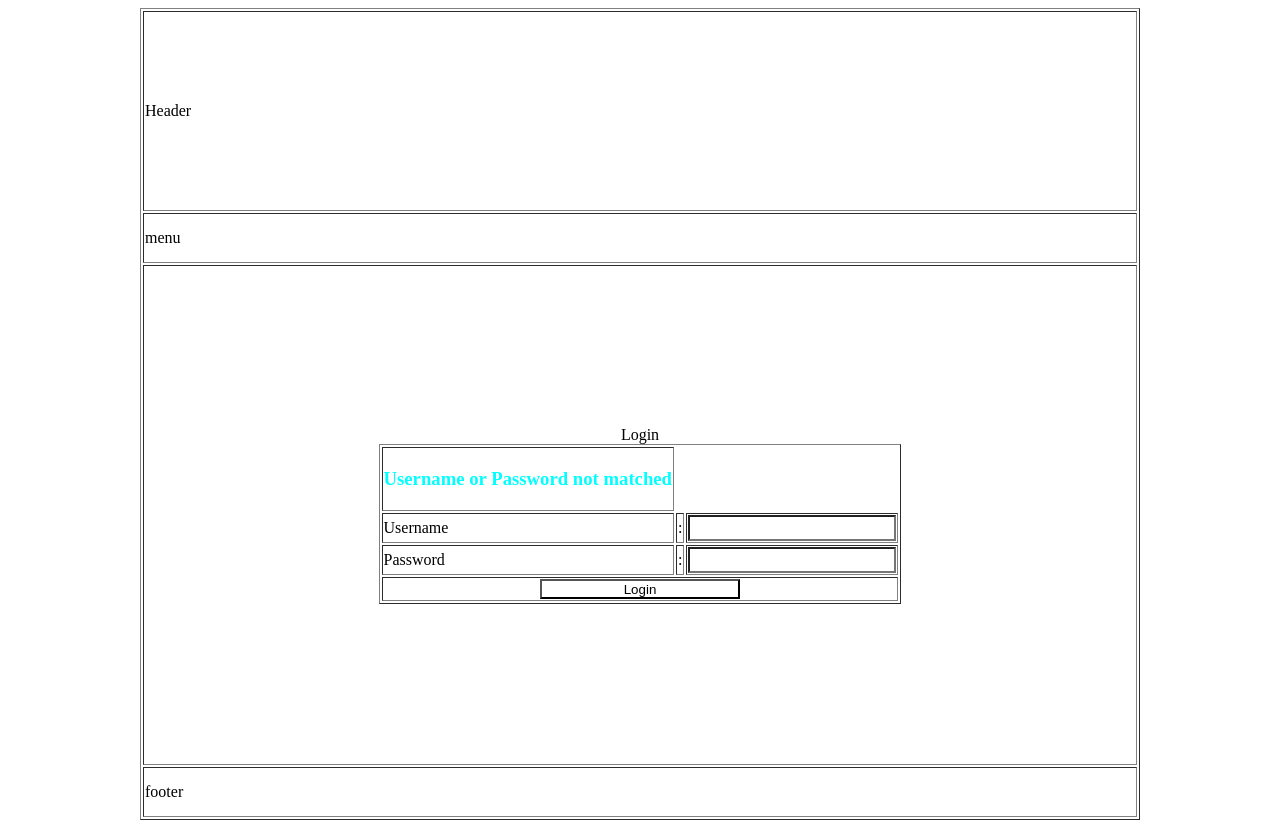
Repository: PraveenRavipati/MyWork
Page: Java/workspaces/office Java WorkScapces/training/LoginProperty/WebContent/LoginErr.html
An editor plug-in stored every save of this project. The page is shown before and after the next save, followed by the edit.
The browser window is 1280 px wide. The pictures show the whole page.

Above is the page before, as saved 2014-06-05 05:28:10.

### Java/workspaces/office Java WorkScapces/training/LoginProperty/WebContent/LoginErr.html
<!DOCTYPE html PUBLIC "-//W3C//DTD HTML 4.01 Transitional//EN" "http://www.w3.org/TR/html4/loose.dtd">
<html>
<head>
<meta http-equiv="Content-Type" content="text/html; charset=UTF-8">
<title>Insert title here</title>
<link href="style2.css" rel="stylesheet" type="text/css"></link>
</head>
<body>
    <table border="1" width="1000" align="center">
        <tr height="200">
            <td>Header</td>
        </tr>
        <tr height="50">
            <td>menu</td>
        </tr>
        <tr height="500">
            <td>
            <form action="./Login" method="get">
            <table align="center" border="1">
            <caption>Login</caption>
                <tr>
                <td><h3 id="notMatch">Username or Password not matched</h3></td>
                </tr>
                <tr>
                    <td>Username</td>
                    <td>:</td>
                    <td><input type="text" name="uname"></td>
                </tr>
                <tr>
                    <td>Password</td>
                    <td>:</td>
                    <td><input type="password" name="pwd"></td>
                </tr>
                <tr>
                    <td colspan="3" align="center"><input type="submit" value="Login"></td>
                </tr>
                </table>
                </form>
                </td>
        </tr>
        <tr height="50">
            <td>footer</td>
        </tr>
    </table>
</body>
</html>

### Java/workspaces/office Java WorkScapces/training/LoginProperty/WebContent/style2.css
input {
	width: 200px;
	height: 20px;
	background-color: inactivecaption;

}
.submit{
	width: 100px;
	height: 30px;
	background-color: aqua;
	border-style: hidden;
}
#file{
	height: 30px;
	border-bottom-style:none;
}
#templatemo_menu {
	float: left;
	width: 900px;
	height: 48px;
	background: url(./images/templatemo_menu_bg.jpg);
	padding: 5px 0 0 0;
}

#templatemo_menu ul {
	float: right;
	margin: 0px;
	padding: 0 0 0 0;
	width: 900px;
	list-style: none;
}

#templatemo_menu ul li {
	display: inline;
}

#templatemo_menu ul li a {
	float: left;
	padding: 11px 40px;
	text-align: center;
	font-size: 12px;
	text-align: center;
	text-decoration: none;
	background: url(images/templatemo_menu_divider.png) center right no-repeat;
	color: #fff;
	font-family: Arial, Helvetica, sans-serif;
	font-size: 13px;
	outline: none;
}

#templatemo_menu li a:hover, #templatemo_menu li .current {
	color: #ffeb00;
}

#templatemo_menu li .last {
	background: none;
}
#notMatch{
	font-family: serif;
	font: small-caps;
	color: aqua;
}

After the next save:
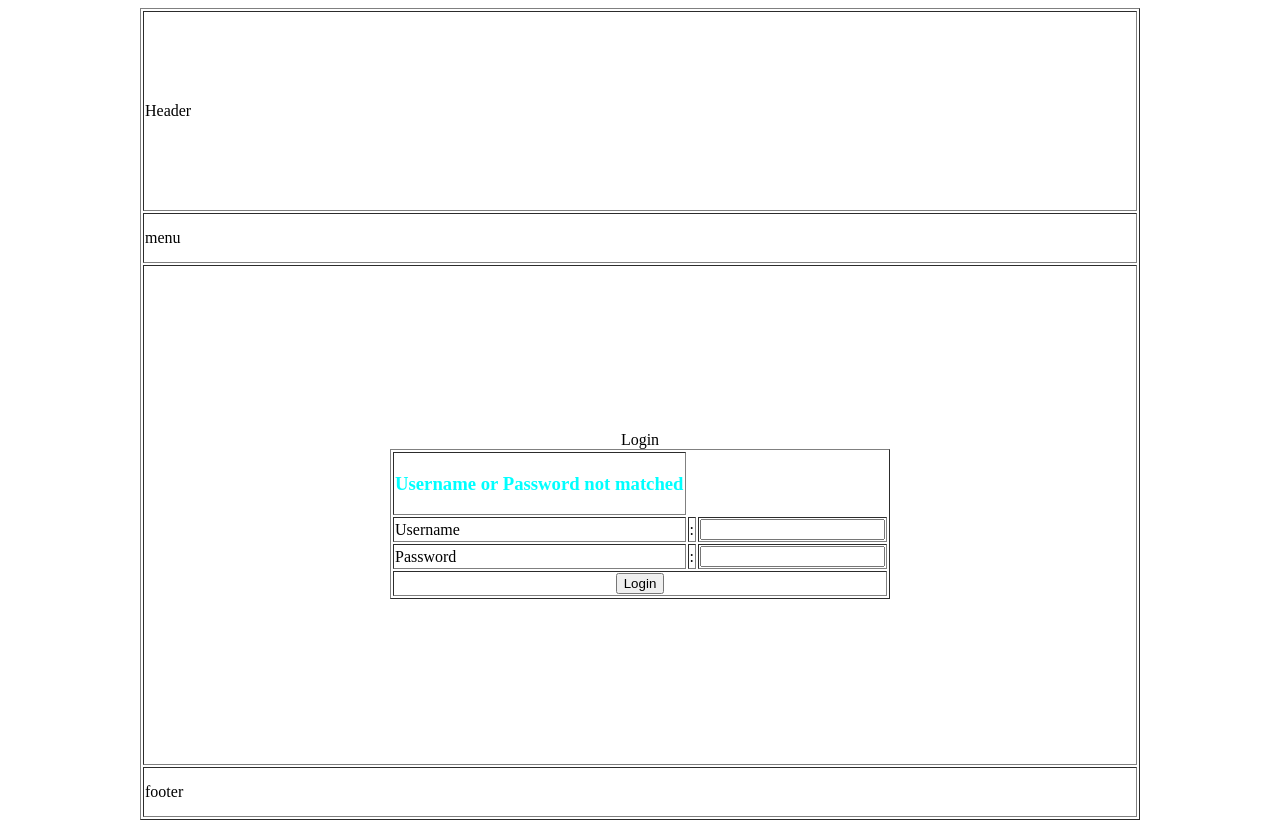
Saved 34 s later.
--- a/Java/workspaces/office Java WorkScapces/training/LoginProperty/WebContent/style2.css
+++ b/Java/workspaces/office Java WorkScapces/training/LoginProperty/WebContent/style2.css
@@ -1,60 +1,4 @@
-input {
-	width: 200px;
-	height: 20px;
-	background-color: inactivecaption;
 
-}
-.submit{
-	width: 100px;
-	height: 30px;
-	background-color: aqua;
-	border-style: hidden;
-}
-#file{
-	height: 30px;
-	border-bottom-style:none;
-}
-#templatemo_menu {
-	float: left;
-	width: 900px;
-	height: 48px;
-	background: url(./images/templatemo_menu_bg.jpg);
-	padding: 5px 0 0 0;
-}
-
-#templatemo_menu ul {
-	float: right;
-	margin: 0px;
-	padding: 0 0 0 0;
-	width: 900px;
-	list-style: none;
-}
-
-#templatemo_menu ul li {
-	display: inline;
-}
-
-#templatemo_menu ul li a {
-	float: left;
-	padding: 11px 40px;
-	text-align: center;
-	font-size: 12px;
-	text-align: center;
-	text-decoration: none;
-	background: url(images/templatemo_menu_divider.png) center right no-repeat;
-	color: #fff;
-	font-family: Arial, Helvetica, sans-serif;
-	font-size: 13px;
-	outline: none;
-}
-
-#templatemo_menu li a:hover, #templatemo_menu li .current {
-	color: #ffeb00;
-}
-
-#templatemo_menu li .last {
-	background: none;
-}
 #notMatch{
 	font-family: serif;
 	font: small-caps;
